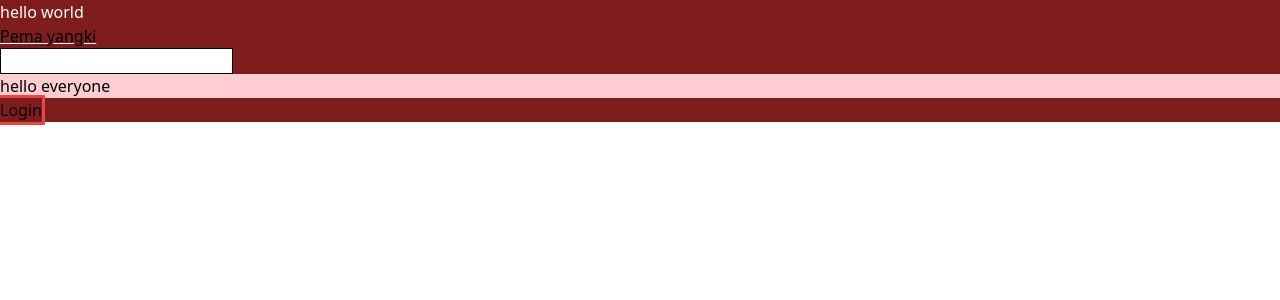
Repository: Pema-yangki/Css
Page: tailwind.html
These files come from the project's save history. The page is drawn as it stood at one moment and after the next save; the edit follows.
The browser window is 1280 px wide. The pictures show the whole page.
Some web libraries are served in a nearby version.

Above is the page before, as saved 2024-04-12 10:38:12.

### tailwind.html
<!DOCTYPE html>
<html lang="en">
<head>
    <meta charset="UTF-8">
    <meta name="viewport" content="width=device-width, initial-scale=1.0">
    <title>Document</title>
    <script src="http://cdn.tailwindcss.com"></script>
</head>
<body>
    <div class="bg-red-900">
        <h1 class="text-white">hello world</h1>
        <h1 class="underline decoration-white">Pema yangki</h1>
        <input type="text" class="border border-black">
        <p class="bg-rose-200">hello everyone</p>
        <div><button class="outline outline-red-500">Login</button></div>

    </div>

</body>
</html>

After the next save:
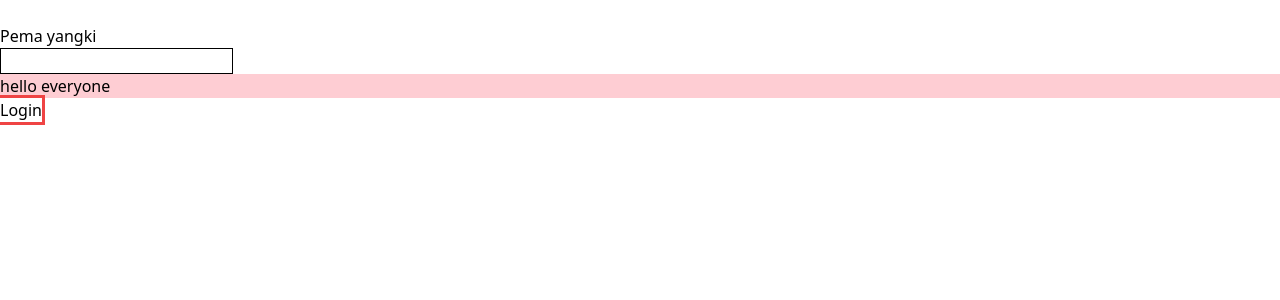
Saved 61 s later.
--- a/tailwind.html
+++ b/tailwind.html
@@ -7,7 +7,7 @@
     <script src="http://cdn.tailwindcss.com"></script>
 </head>
 <body>
-    <div class="bg-red-900">
+    <div class="bg-red-00">
         <h1 class="text-white">hello world</h1>
         <h1 class="underline decoration-white">Pema yangki</h1>
         <input type="text" class="border border-black">
